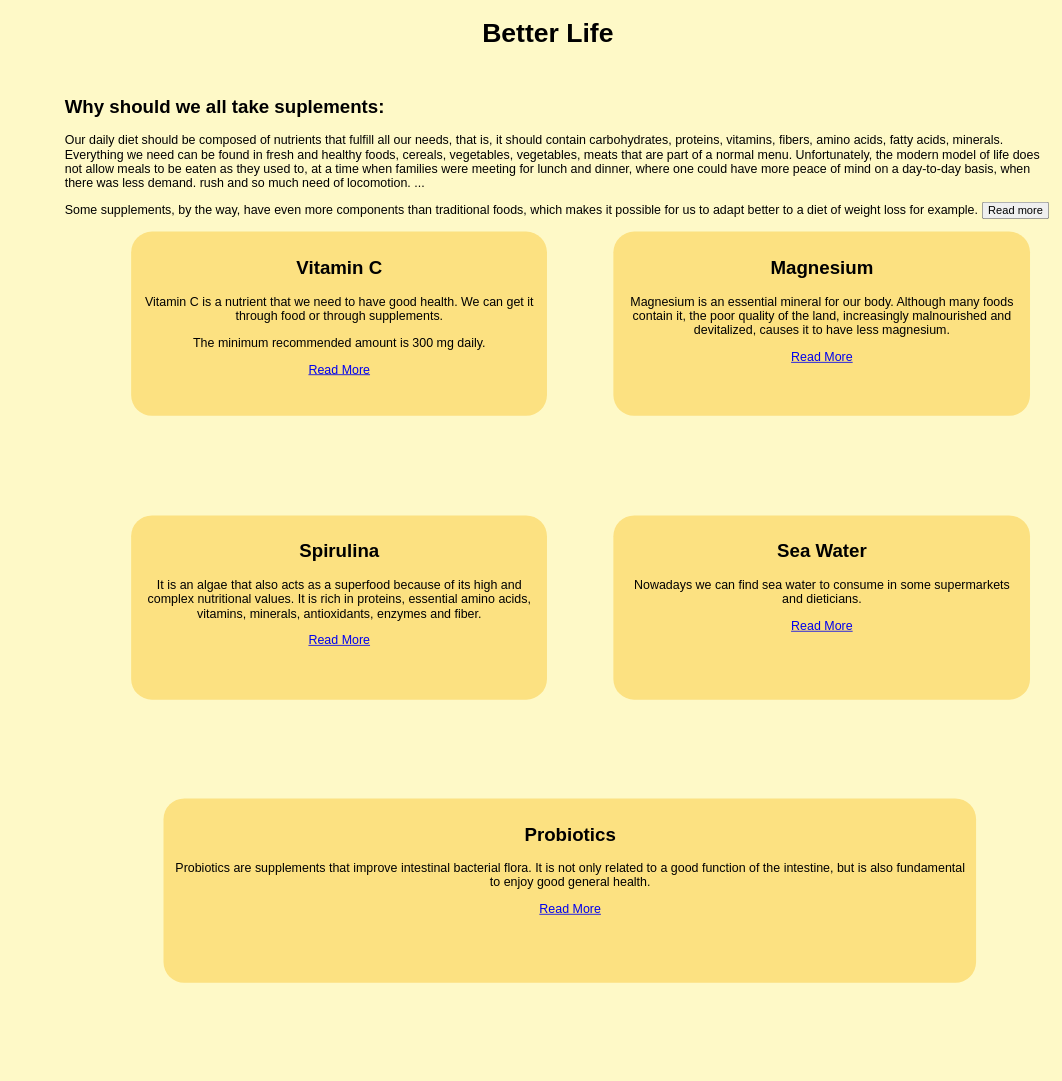
Repository: DSerenoG/Assessment2
Page: index.html
The author's editor kept a record of every edit. The page is drawn from the files as they stood at one moment, then again after the next edit.
The browser window is 1280 px wide. The pictures show the whole page, at 83% of full size.

Above is the page before.

After the next edit:
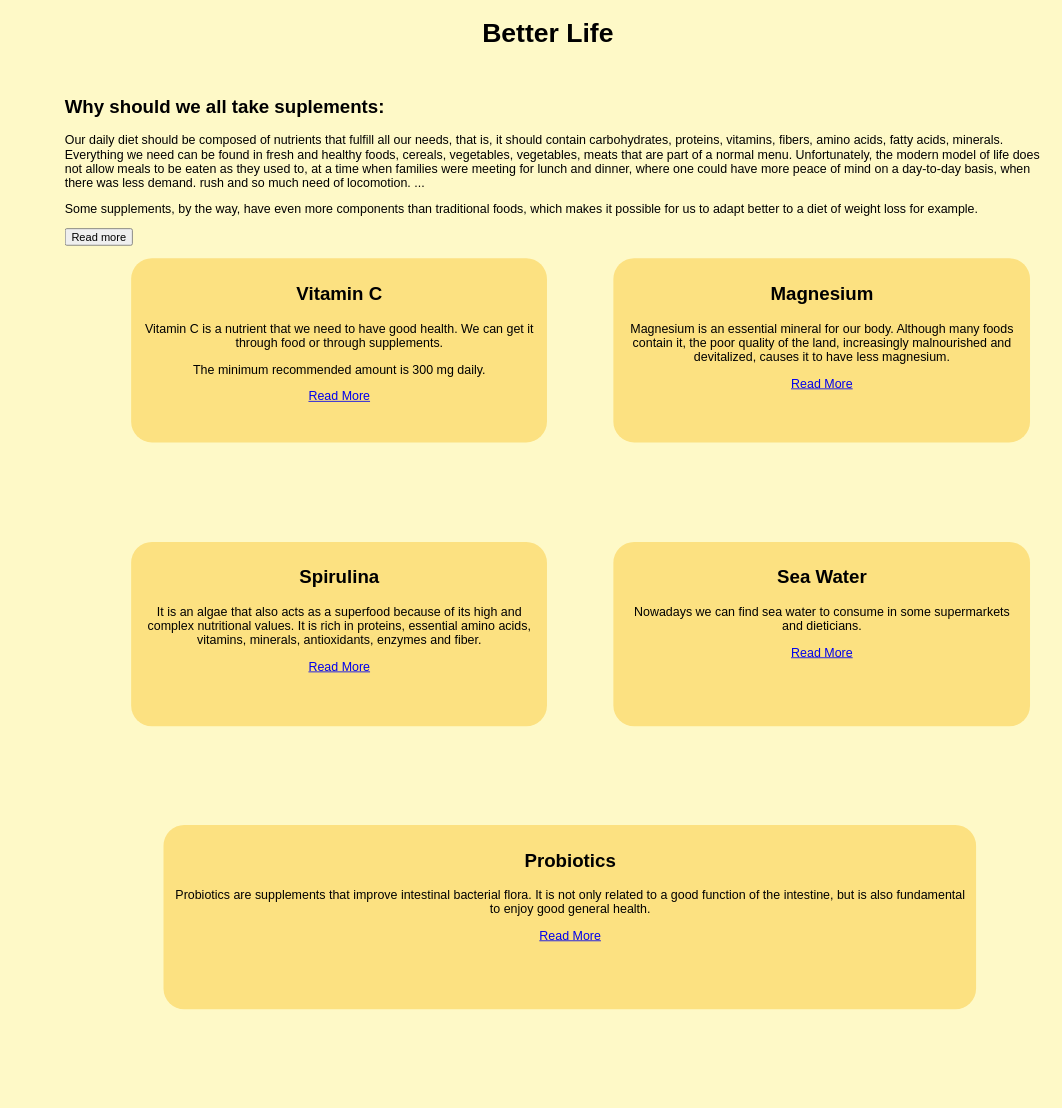
The edit:
--- a/index.html
+++ b/index.html
@@ -24,7 +24,7 @@
             Unfortunately, the modern model of life does not allow meals to be eaten as they used to, at a time when families were meeting for lunch and dinner, where one could have more peace of mind on a day-to-day basis, when there was less demand. rush and so much need of locomotion. <span id="dots">...</span><span id="more">
             That's where the supplements come in. Supplements are nothing more than complements of the nutrients we need, but produced chemically, so that we have in our bodies what normal food could provide us.
             <p>Some supplements, by the way, have even more components than traditional foods, which makes it possible for us to adapt better to a diet of weight loss for example.
-            <button onclick="myFunction()" id="myBtn">Read more</button>
+            <p><button onclick="myFunction()" id="myBtn">Read more</button>
              </span></p>
 
         </reason>
